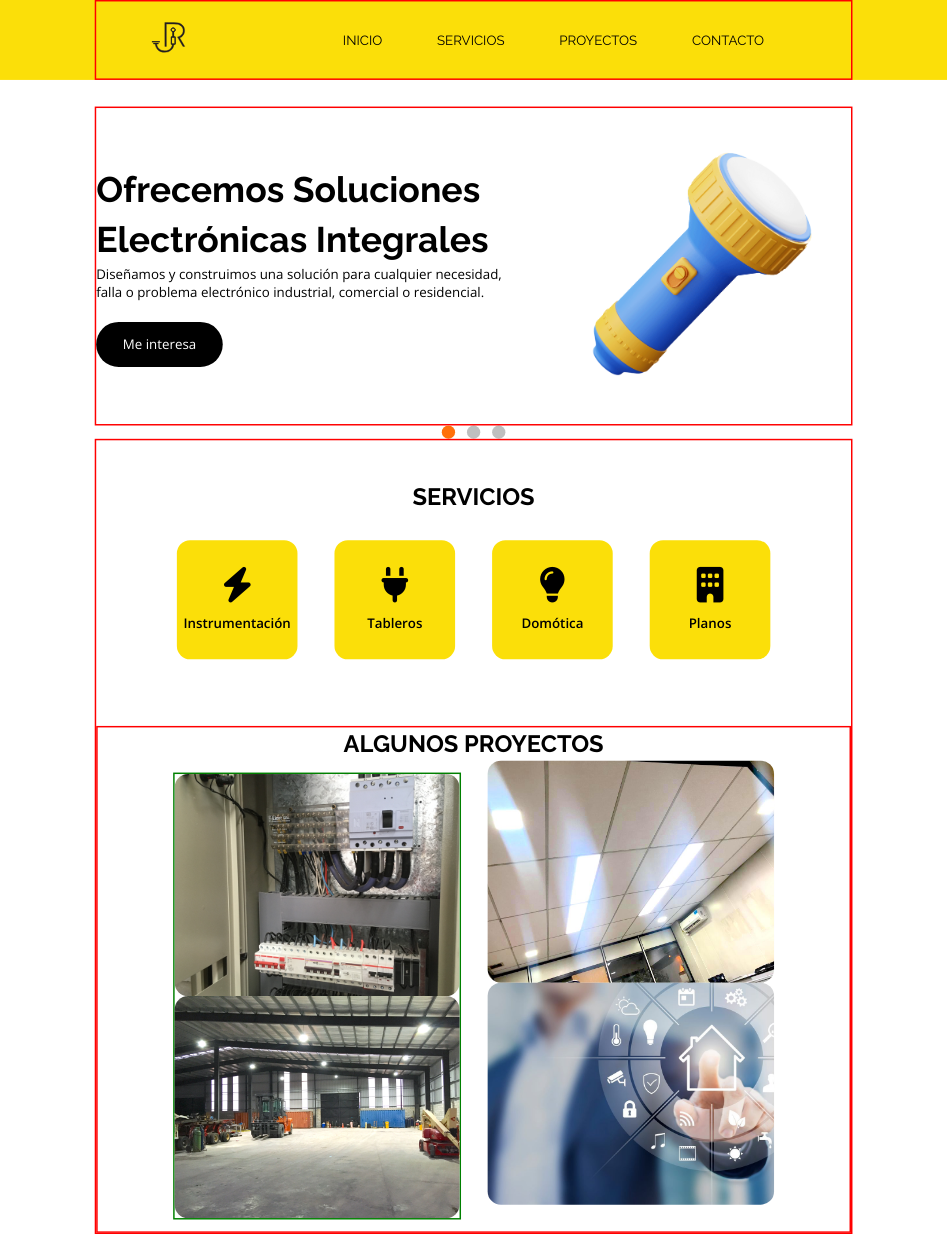
Repository: jeraldinnemg/rjelectronics
Page: index.html
These files come from the project's save history. The page is drawn as it stood at one moment and after the next save; the edit follows.
The browser window is 1280 px wide. The pictures show the whole page, at 74% of full size.
Some web libraries are served in a nearby version.

Above is the page before, as saved 2022-08-04 00:09:03.

### index.html
<!DOCTYPE html>
<html lang="en">
<head>
    <meta charset="UTF-8">
    <meta http-equiv="X-UA-Compatible" content="IE=edge">
    <meta name="viewport" content="width=device-width, initial-scale=1.0">
    <link rel="shortcut icon" href="img/favicon.png" type="image/x-icon">
    <!-- Google fonts -->
    <link rel="preconnect" href="https://fonts.googleapis.com">
    <link rel="preconnect" href="https://fonts.gstatic.com" crossorigin>
<link href="https://fonts.googleapis.com/css2?family=Open+Sans:wght@300;400;500;600&family=Raleway:wght@300;400;500;600;700;800&display=swap" rel="stylesheet">
<link rel="stylesheet" href="https://cdnjs.cloudflare.com/ajax/libs/font-awesome/6.1.1/css/all.min.css" integrity="sha512-KfkfwYDsLkIlwQp6LFnl8zNdLGxu9YAA1QvwINks4PhcElQSvqcyVLLD9aMhXd13uQjoXtEKNosOWaZqXgel0g==" crossorigin="anonymous" referrerpolicy="no-referrer" />
    <!-- Custom system -->
    <link rel="stylesheet" href="index.css">
    <script src="https://kit.fontawesome.com/05b8218d7f.js" crossorigin="anonymous"></script>


    <script src="navigation.js" defer></script>
    <script src="tabs.js" defer></script>
    <script src="counter.js" defer></script>

    <title>RJ Electronics</title>
</head>
<body>

    <!-- <link rel="stylesheet" href="https://maxcdn.bootstrapcdn.com/font-awesome/4.5.0/css/font-awesome.min.css">
    <a href="https://api.whatsapp.com/send?phone=541150219541&text=Hola%20RJelectronics%20tengo%20una%20consulta" class="float" target="_blank">
    <i class="fa fa-whatsapp my-float"></i>
    </a> -->

    <header class="primary-header">
        <div class="container row" style="border: 2px solid red">
            <a href="#">
                <img class="logo" width="50px" height="50px"src="img/logo.svg" alt="logo">
            </a>
            <button class="mobile-nav-toggle" aria-controls="primary-navigation"><span class="sr-only" aria-expanded="false">Menu</span></button>
            <nav>
                <ul class="primary-navigation flex" data-visible="false">
                    <li><a href="#inicio" class="uppercase text-dark ff-serif">Inicio</a></li>
                    <li><a href="#services" class="uppercase text-dark ff-serif">Servicios</a></li>
                    <li><a href="#projects" class="uppercase text-dark ff-serif">Proyectos</a></li>
                    <li><a href="#contact" class="uppercase text-dark ff-serif">Contacto</a></li>
                </ul>
            </nav>
        </div>
    </header>

    <section class="hero" id="inicio" >
        <div class="container row" style="border: 2px solid red">
            <!-- CTA-1 -->
            <article class="a-self" id="lampara-tab" role="tabpanel" tabindex="0">
                <h1 class="ff-serif fs-700">Ofrecemos Soluciones Electrónicas Integrales</h1>
                <p class="ff-sans fs-400">Diseñamos y construimos una solución para cualquier necesidad, falla o problema electrónico industrial, comercial o residencial.</p>
                <a href="https://api.whatsapp.com/send?phone=541150219541&text=Hola%20RJelectronics%20tengo%20una%20consulta" class="button" target="_blank"><span>Me interesa</span></a>
            </article>
            <!-- CTA-2 -->
            <article hidden class="a-self" id="destornillador-tab" role="tabpanel" tabindex="0">
                <h2 class="ff-serif fs-700">Creamos espacios luminosos a tu medida</h2>
                <p class="ff-sans fs-400">Nos encargamos de calcular los lumens necesarios para que obtengas un espacio con luz de calidad.</p>
                <a href="https://api.whatsapp.com/send?phone=541150219541&text=Hola%20RJelectronics%20tengo%20una%20consulta" class="button" target="_blank"><span>Ver más</span></a>
            </article>
            <!-- CTA-3 -->
            <article hidden class="a-self" id="interruptor-tab" role="tabpanel" tabindex="0">
                <h2 class="ff-serif fs-700">Creamos ambientes inteligentes</h2>
                <p class="ff-sans fs-400">Nos encargamos de automatizar espacios y lugares de manera fácil y rápida.</p>
                <a href="https://api.whatsapp.com/send?phone=541150219541&text=Hola%20RJelectronics%20tengo%20una%20consulta" class="button" target="_blank"><span>Me interesa</span></a>
            </article>
            <picture class= "hero__image" id="lampara-image">
                <img src="img/lampara.png" alt="lampara" >
            </picture>
            <picture class= "hero__image" hidden id="destornillador-image">
                <img src="img/destornillador.png" alt="destornillador">
            </picture>
            <picture class= "hero__image" hidden id="interruptor-image">
                <img src="img/interruptor.png" alt="interruptor">
            </picture>
        </div>
        <!-- Dots -->
       <div class="dot-indicators flex" role="tablist" aria-label="services list">
            <button aria-selected="true" aria-controls="lampara-tab" data-image="lampara-image" role="tab" tabindex="0"><span class="sr-only">Lampara</span></button>
            <button aria-selected="false" aria-controls="destornillador-tab" data-image="destornillador-image" role="tab" tabindex="-1"><span class="sr-only">destornillador</span></button>
            <button aria-selected="false" aria-controls="interruptor-tab" data-image="interruptor-image" role="tab" tabindex="-1"><span class="sr-only">Interruptor</span></button>
        </div>
    </section>
    <main class="container" style="border: 2px solid red">
        <section class="services" id="services">
            <h2 class="ff-serif fs-600 uppercase">Servicios</h2>
            <div class="container row">
                <article class="card flex">
                    <i class="fa-solid fa-bolt fs-700"></i>
                    <div class="card-body">
                        <h2 class="card-title fs-400">Instrumentación</h2>
                    </div>
                </article>
                <article class="card flex">
                    <i class="fa-solid fa-plug fs-700 "></i>
                    <div class="card-body">
                        <h2 class="card-title fs-400">Tableros</h2>

                    </div>
                </article>
                <article class="card flex">
                    <i class="fa-solid fa-lightbulb fs-700"></i>
                    <div class="card-body">
                        <h2 class="card-title fs-400">Domótica</h2>

                    </div>
                </article>
                <article class="card flex">
                    <i class="fa-solid fa-building  fs-700"></i>
                    <div class="card-body">
                        <h2 class="card-title fs-400">Planos</h2>

                    </div>
                </article>
        </div>
        </section>
        <section class="projects" id="projects" style="border: 2px solid red">
            <h2 class="ff-serif fs-600 uppercase">Algunos Proyectos</h2>
            <div class="container row">
            <div class="container  projects-container" style="border: 2px solid green">
                <article class="project" style="background-image: url('img/servicio-electricidad.JPG')">
                    <div class="project-overlay">
                    <h2 class="overlay-text fs-500 uppercase" >Tablero eléctrico</h2>
                    </div>
                </article>
                <article class="project" style="background-image: url('img/trabajos-iluminacion-galpon.JPG')">
                    <div class="project-overlay">
                        <h2 class="overlay-text fs-500 uppercase">Iluminación industrial</h2>
                    </div>
                </article>
            </div>
            <div class="container projects-container">
                <article class="project" style="background-image: url('img/iluminacion-oficinas.jpeg') ">
                    <div class="project-overlay">
                        <h2 class="overlay-text fs-500 uppercase">Iluminación de oficina</h2>
                    </div>
                </article>
                <article class="project" style="background-image: url('img/servicios-domotica.jpg') ">
                    <div class="project-overlay">
                        <h2 class="overlay-text fs-500 uppercase">Domótica en casa</h2>
                    </div>
                </article>
            </div>
            </div>
        </div>
        </section>
    </main>

    <!-- <section class="statics flex">
        <h2 class="ff-serif fs-600 uppercase">Nuestros números</h2>
        <div class="container" >
        <div class="static">
            <span class="character fs-600">+</span><span class="counter character fs-600 fw-600 hide" data-target="8"></span>
            <p class="fs-400">Años de experiencia</p>
        </div>
        <div class="static">
            <span class="character fs-600">+</span><span class="counter character fs-600 fw-600 hide" data-target="50"></span>
            <p class="fs-400">Proyectos terminados</p>
        </div>
        <div class="static">
            <span class="character fs-600">+</span><span class="counter character fs-600 fw-600 hide" data-target="40"></span>
            <p class="fs-400">Clientes felices</p>
        </div>
    </div>
    </section> -->

<!--
    <footer class="flex" id="contact">
        <a href="#">
            <img class="logo" width="50px" height="50px"src="img/logo.svg" alt="logo">
        </a>
        <div class="contact">
            <h3 class="ff-serif fs-400 uppercase">¡Síguenos!</h3>
            <div class="flex a-item"><i class="fa-brands fa-instagram"></i><a href="https://www.instagram.com/" class="text-dark  fs-400 ff-sans fw-200"  target="_blank">@rjelectronics</a></div>
            <div class="flex a-item"><i class="fa-brands fa-youtube"></i><a href="https://www.youtube.com/" class="text-dark fs-400 ff-sans fw-200"  target="_blank">Soluciones electrónicas</a></div>
            <div class="flex a-item"><i class="fa-brands fa-linkedin-in"></i><a href="https://www.linkedin.com/in/ingreinaldomora/" class="text-dark fs-400 ff-sans fw-200" target="_blank" >Reinaldo Mora</a></div>

        </div>
        <div class="contact">
            <h3 class="ff-serif fs-400 uppercase" >Contacto</h3>
            <div class="flex a-item"><i class="fa-solid fa-envelope"></i><p class="fs-400 ff-sans fw-200">info@rjelectronic.com</p></div>
            <div class="flex a-item"><i class="fa-solid fa-phone"></i><p class="fs-400 ff-sans">+54-1150219541</p></div>
            <div class="flex a-item"><i class="fa-solid fa-location-dot"></i><p class="fs-400 ff-sans">Buenos Aires, CABA.</p></div>
        </div>
    </footer>
    <div class="copyright">Made with <i class="fa-solid fa-bolt"></i> © by Jeralidea</div>
     -->
</body>
</html>

### index.css
/* ----------------------- */
/* --Custom properties---- */
/* ----------------------- */

:root {
   /*colors*/
   --clr-dark: 0 0% 0%;
   --clr-main: 53 97% 51%;
   --clr-secondary: 25 100% 52%;
   --clr-white: 0 0% 100%;

/*font-sizes*/
--fs-1100: 9.375rem; /*150x*/
--fs-1000: 6.25rem; /*100px*/
--fs-900: 4.5rem; /*72px*/
--fs-800: 3.5rem; /*56px*/
--fs-700: 3rem; /*48px*/
--fs-600: 2rem; /*32px*/
--fs-500: 1.75rem; /*28px*/
--fs-400: 1.125rem; /*18px*/
--fs-300: 1rem; /*16px*/
--fs-200: 0.875rem; /*14px*/

/*font-family*/
--ff-serif: "Raleway", serif;
--ff-sans: "Open sans", sans-serif;


}

.uppercase {
    text-transform: uppercase;
}

/* -------------- */
/* -----RESET---- */
/* -------------- */

*,
*::before,
*::after {
    box-sizing: border-box;
}

/* Reset margins */
h1,
h2,
h3,
h4,
h5,
body,
p,
picture,
figure {
    margin:0;
}

/* Set up the body  */

html{
    height: -webkit-fill-available;
    scroll-behavior: smooth;
}

body {
    font-family: var(--ff-sans);
    font-size: var(--fs-400);
    color:hsl(var(--clr-dark));
    height: 100vh;
    line-height: 1.4;
    min-height: 100vh;

    display: grid;
    grid-template-rows: min-content 1fr;

    overflow-x:hidden;
}

/* Make images easier to work */
img,
picture {
    max-width: 100%;
}

/* Make form elements easier to work*/
input,
select,
button,
textarea {
    font: inherit;
}

/* Remove all animations, transitions and smooth scroll for people that prefer not to see them (Accesibility Recourse piccali.li*/
@media (prefers-reduced-motion: reduce) {
    html:focus-within {
     scroll-behavior: auto;
    }

    *,
    *::before,
    *::after {
      animation-duration: 0.01ms !important;
      animation-iteration-count: 1 !important;
      transition-duration: 0.01ms !important;
      scroll-behavior: auto !important;
    }
  }

/* ------------------ */
/* -UTILITY CLASES-- */
/* ----------------- */

.flex {
    display: flex;
    gap: var(--gap, 1rem);
}

.grid {
    display: grid;
    gap: var(--gap, 1rem);
}

.a-self{
    align-self: center;
}

.a-item{
    align-items: center;
}


.container {
    width: 80%;
    max-width: 1200px;
    margin:0 auto;
}

.col {
    width:100%
}

header {
    background-color: var(--clr-dark);
    text-align: center;
}

header >div{
    display: flex;
}

.logo{
    margin: 1.5rem 0;
}

.nav {
    width: 100%;
}

.dot-indicators{
    justify-content: center;
}

.hero{
    margin-top: 2em;
}


.sr-only {
    position: absolute;
    width: 1px;
    height: 1px;
    padding: 0;
    margin: -1px;
    overflow: hidden;
    border: 0;
}

/*Colors */

.bg-dark { background-color: hsl(var(--clr-dark));}
.bg-yellow {background-color: hsl(var(--clr-yellow));}
.bg-white { background-color: hsl(var(--clr-white));}

.text-dark { color: hsl(var(--clr-dark));}
.text-dark { color: hsl(var(--clr-dark));}
.text-dark { color: hsl(var(--clr-dark));}

/*Typography */

.ff-serif {font-family: var(--ff-serif);}
.ff-sans {font-family: var(--ff-sans);}

.letter-spacing-1  {letter-spacing: 4.75px;}
.letter-spacing-2  {letter-spacing: 2.7px;}
.letter-spacing-1  {letter-spacing: 2.35px;}

.fs-900 {font-size: var(--fs-900);}
.fs-800 {font-size: var(--fs-800);}
.fs-700 {font-size: var(--fs-700);}
.fs-600 {font-size: var(--fs-600);}
.fs-500 {font-size: var(--fs-500);}
.fs-400 {font-size: var(--fs-400);}
.fs-300 {font-size: var(--fs-300);}
.fs-200 {font-size: var(--fs-200);}

.fw-400 {font-weight: 400;}
.fw-500 {font-weight: 500;}
.fw-600 {font-weight: 600;}

/* General */

.flex {
    display: flex;
    gap: var(--gap, 1rem);
}

.flex.even-columns > * {
    width: 100%;
}

.grid {
    display: grid;
    gap: var(--gap, 1rem);
}

.d-block {
    display: block;
}



/* ----------------- */
/* ---COMPONENT----- */
/* ----------------- */

/* Primary header */

.logo{
    margin: 1.5rem clamp(1.5rem, 5vw, 4rem);
}

.primary-header{
    align-items:center;
    justify-content: space-between;
    background-color: hsl(var(--clr-main));
}


.primary-navigation{
    --gap: clamp(1.5rem, 5vw, 3.5rem);
    list-style: none;
    text-decoration: none;
    padding: 0;
    margin:0;
}

.primary-navigation a{
    text-decoration: none;
    margin-right: 1em;
}

.mobile-nav-toggle{
    display: none;
}

@media(max-width:35em){
    .primary-navigation{
        --underline-gap: 0.5rem;
        position: fixed;
        inset: 0 0 0 20%;
        z-index:1000;
        padding: min(20rem, 15vh);
        margin:0;
        z-index:1000;
        list-style: none;
        flex-direction: column;
        background-color: hsl(var(--clr-main));
        transform: translateX(100%);
        transition: transform ease-in-out;

    }

    .primary-navigation[data-visible='true']{
        transform: translateX(0);
    }

    .mobile-nav-toggle {
        display: block;
        position: absolute;
        z-index:2000;
        right: 3rem;
        top: 2rem;
        background: transparent;
        background-image: url(img/icon-hamburger.svg);
        background-repeat:no-repeat;
        background-position: center;
        width: 1.5rem;
        aspect-ratio:1;
        border: 0;
        cursor: pointer;
    }

    .mobile-nav-toggle[aria-expanded='true']{
        background-image: url(img/icon-close.svg);
    }

    .mobile-nav-toggle:focus-visible{
        outline:5px solid white;
        outline-offset: 5px;
    }
}

@media (min-width: 35em){
    .primary-navigation, .contact{
        padding-inline: clamp(3rem, 7vw, 7rem);
    }

}

@media(min-width: 45em){
    .primary-navigation{
        margin-block:2rem;
    }
}


/* ---------- */
/* --BUTTON-- */
/* --------- */

 .button {
    display: inline-flex;
	background: hsl(var(--clr-dark));
    padding: 1em 2em;
    border-radius: 2em;
    color: hsl(var(--clr-white));
	position: relative;
    text-decoration: none;
    transition: 0.3s ease all;
	position:relative;
	overflow:hidden;
    margin-top: 1.5em;
}

.button span {
	position:relative;
	z-index:2;
	transition: 0.3s ease all;
}

.button::after {
	content: "";
	width: 100%;
	height:100%;
	background: hsl(var(--clr-secondary));
	position: absolute;
	z-index: 1;
	top: -80px;
	left: 0;
	transition: 0.3s ease-in-out all;
}

.button:hover::after{
	top:0;
	}

/* ---------- */
/* -- DOTS -- */
/* ---------- */

.dot-indicators > * {
        cursor: pointer;
        border: 0;
        border-radius: 50%;
        padding: .5em;
        background-color: hsl(var(--clr-dark)/ .25) ;
 }

.dot-indicators > *:hover,
.dot-indicators > *:focus {
        background-color: hsl(var(--clr-secondary)/ .5);
    }

.dot-indicators > [aria-selected="true"] {
        background-color: hsl( var(--clr-secondary) / 1);
    }

/* ---------- */
/* Card     */
/* --------- */
.card{
    background-color: hsl( var(--clr-main));
    flex-direction: column;
    align-items: center;
    padding: 2em 4em;
    margin: 2em 0em;
    border-radius: 1em;
}

i:hover{
    color: hsl( var(--clr-secondary));
}

.services, .projects, .statics{
    text-align: center;
    margin-top: 3em;
}

/* -------------------------*/
/* -------PROJECTS -------- */
/* -------------------------*/


.projects-container >article{
    position: relative;
    min-height: 300px;
    background-size: cover;
    background-repeat: no-repeat;
    background-position: center center;
    border-radius: 1em;
}

.projects-container:last-child {
   margin-bottom: 2em;
}

.projects .project .project-overlay{
    width: 0%;
	height: 100%;
	position: absolute;
	bottom: 0;
	left: 0;
	right: 0;
	background: hsl( var(--clr-main));
	overflow: hidden;
    border-radius: 1em;
	transition: .5s ease;
}

.projects .project:hover .project-overlay {
    width: 100%;
    opacity: 0.8;
}

.overlay-text {
	top: 50%;
	left: 50%;

	position: absolute;
	white-space: nowrap;
	color: hsl(var(--clr-dark));
	transform: translate(-50%, -50%);
	overflow: hidden;
	border-top: 1px solid #fff;
	border-bottom: 1px solid #fff;
}

/* -------------------------*/
/* -------STATICS --------- */
/* -------------------------*/

.statics {
    background-color: hsl( var(--clr-secondary));
    flex-direction: column;
}

.statics >h2{
    margin-top: 2em;
}

.static{
    padding: 2em 4em;
    margin: 2em 0em;
    flex-direction: column;
}

.character {
    color: hsl( var(--clr-dark));
}

/* -------------------------*/
/* -------FOOTER ---------- */
/* -------------------------*/

footer{
    background-color: hsl( var(--clr-main));
    color: hsl( var(--clr-dark));
    padding: 2em 0em;
    text-align: center;
    line-height: 2.5em;

    flex-direction: column;
    align-items:center;
    justify-content: space-between;
}

.copyright {
    text-align: center;
    background-color: hsl( var(--clr-main)/0.5);
}

.copyright i {
    color: hsl( var(--clr-secondary));
}

footer a {
    text-decoration: none;
    list-style: none;
}

/* -------------------------*/
/* -------Whataspp--------- */
/* -------------------------*/

.float{
	position:fixed;
	width:60px;
	height:60px;
	bottom:40px;
	right:40px;
	background-color:#25d366;
	color:#FFF;
	border-radius:50px;
	text-align:center;
  font-size:30px;
	box-shadow: 2px 2px 3px #999;
  z-index:100;
}

.float:hover {
	text-decoration: none;
	color: #25d366;
  background-color:#fff;
}

.my-float{
	margin-top:16px;
}

/* -------------------------*/
/* -------COUNTER----------- */
/* -------------------------*/

@keyframes show {
    0% {
        opacity: 0.5;
        transform: translateY(100px);
    }
    100% {
        opacity: 1;
        transform: translateY(0);
    }
}

.hide {
    opacity: 0%;
}

.animate{
    animation: show 1.3s;
}

/* -------------------------*/
/* -------LAYOUT----------- */
/* -------------------------*/

.grid-container {
    display: grid;
    text-align: center;
    place-items:center;
    padding-inline: 1rem;
}

@media (min-width: 35em){

}

@media (min-width: 45em){
    .row {
        display: flex;
        align-items: center;
        justify-content: space-around;
    }

    .grid-container {
        text-align: left;
        column-gap: var(--container-gap, 2rem);
        grid-template-columns: minmax(1rem, 1fr)
        repeat (2, minmax((0, 30rem)) minmax(1rem, 1fr));
    }



    .container {
        flex-direction: row;
        gap: 2em;
    }

    .hero__image{
        max-width: 40%;
    }

    .card {
        max-width: 20%;
    }





    footer{
        flex-direction: row;
        justify-content: space-between;
        align-items: center;
    }

}

### navigation.js
// javascript

const nav = document.querySelector(".primary-navigation");
const navToggle = document.querySelector('.mobile-nav-toggle');


// when someone clicks the hamburguer button

navToggle.addEventListener('click', () => {

// if the nav is closed, open it

    const visibility = nav.getAttribute("data-visible");

    if (visibility === 'false') {
        nav.setAttribute('data-visible', true);
        navToggle.setAttribute('aria-expanded', true);
    } else {
        nav.setAttribute('data-visible', false);
        navToggle.setAttribute('aria-expanded', false);

    }
});

### counter.js
const counters = document.querySelectorAll('.counter')

counters.forEach(counter => {
    counter.innerText='0';

    const updateCounter = () => {

        // Create const
        const target = +counter.getAttribute('data-target')


         const c = +counter.innerText

         const increment = target / 300;

         if (c < target) {
             counter.innerText = `${Math.ceil(c+increment)}`
             setTimeout(updateCounter,100)
         } else {
             counter.innerText = target
         }
         // verify target function console.log(typeof target, target)
         //console.log(increment)
    }

    updateCounter()

    const showCounter= elements =>{
        elements.forEach(e => {
            if(e.isIntersecting){
                e.target.classList.add('animate')
                e.target.classList.remove('hide')
                setTimeout(updateCounter, 500)
            }
        });
    }

    const observer = new IntersectionObserver(showCounter, {
        threshold:.7 // 0-1
    })

    const elementsHTML = document.querySelectorAll('.counter');
    elementsHTML.forEach(elementHTML =>{
        observer.observe(elementHTML)
    })

})

Loaded but not shown: tabs.js (74 lines, source omitted)

After the next save:
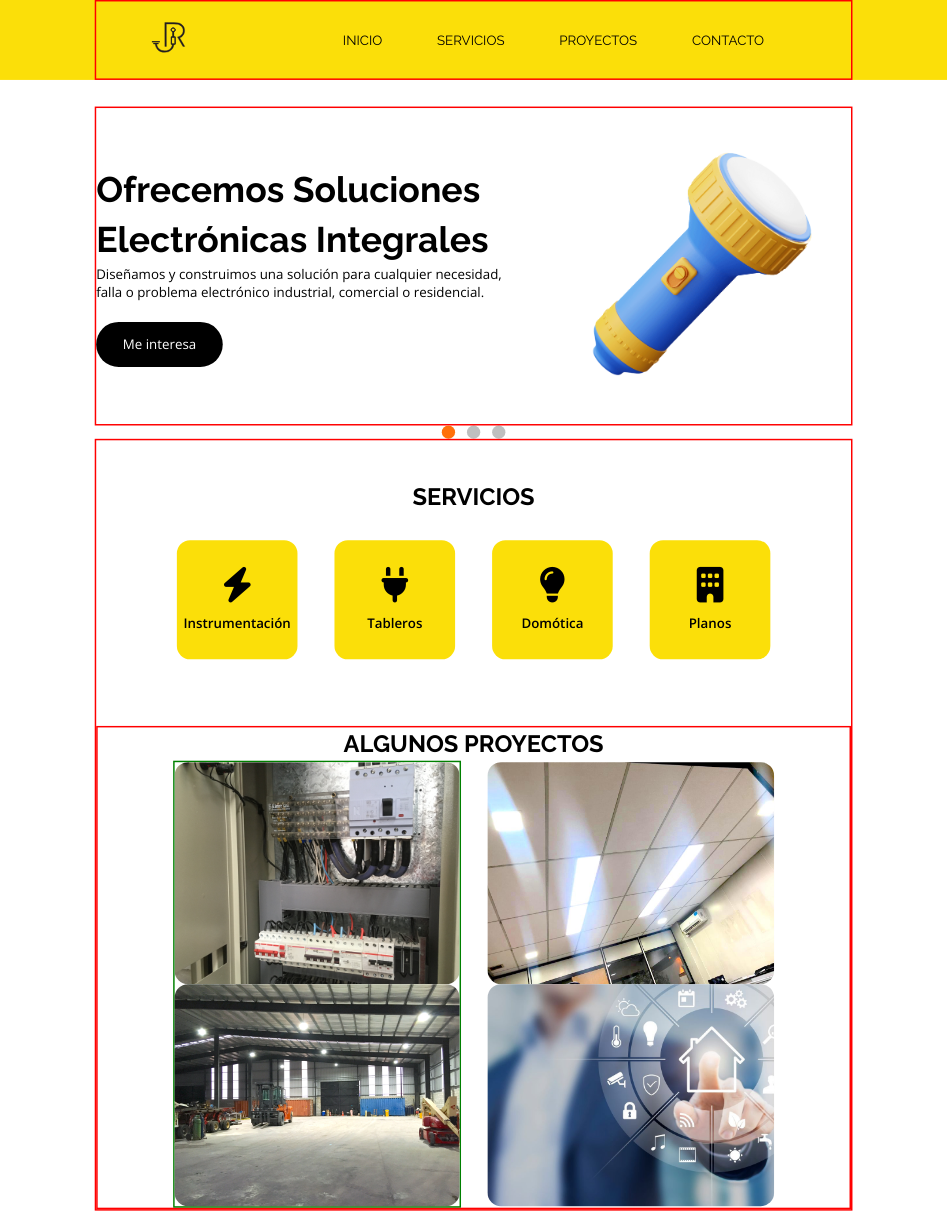
Saved 11 s later.
--- a/index.css
+++ b/index.css
@@ -420,7 +420,7 @@ i:hover{
     border-radius: 1em;
 }
 
-.projects-container:last-child {
+.article:last-child {
    margin-bottom: 2em;
 }
 
